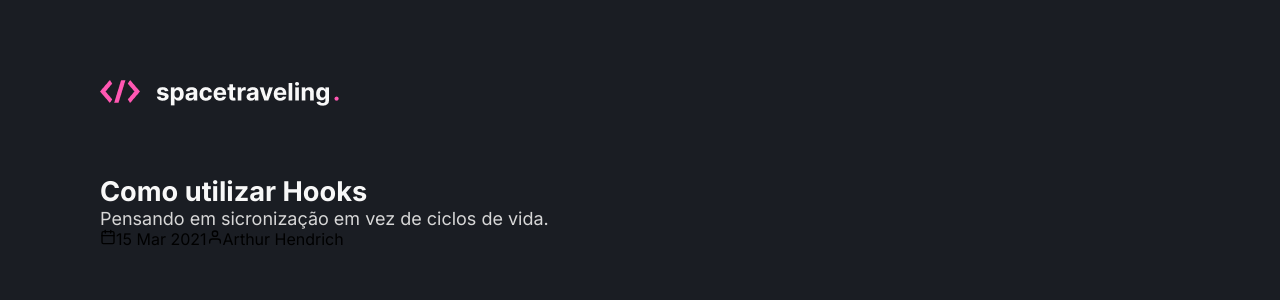
Repository: ArthurHendrich/Ignite-NextJS
Page: /
These files come from the project's save history. The page is drawn as it stood at one moment and after the next save; the edit follows.
The browser window is 1280 px wide. The pictures show the whole page.
The project was rebuilt for these pictures with package versions that can differ from the ones it lists, and the page was loaded fresh each time. The framework's server and built-in components were replaced by stand-ins that run in the browser.

Above is the page before, as saved 2022-07-09 15:42:37.

### src/pages/_document.tsx
import Document, { Head, Html, Main, NextScript } from 'next/document';

export default class MyDocument extends Document {
  render() {
    return (
      <Html>
        <Head>
          <link rel="preconnect" href="https://fonts.googleapis.com" />
          <link href="https://fonts.googleapis.com/css2?family=Inter:wght@400;600;700&display=swap" rel="stylesheet" />
        </Head>
        <body>
          <Main />
          <NextScript />
        </body>
      </Html>
    );
  }
}

### src/pages/index.tsx
import { GetStaticProps } from 'next';

import { getPrismicClient } from '../services/prismic';

import commonStyles from '../styles/common.module.scss';
import styles from './home.module.scss';
import { FiCalendar, FiUser } from 'react-icons/fi';

interface Post {
  uid?: string;
  first_publication_date: string | null;
  data: {
    title: string;
    subtitle: string;
    author: string;
  };
}

interface PostPagination {
  next_page: string;
  results: Post[];
}

interface HomeProps {
  postsPagination: PostPagination;
}

export default function Home() {
  return (
    <main className={commonStyles.Container}>
      <div className={styles.Container}>
        <h1>Como utilizar Hooks</h1>
        <p>Pensando em sicronização em vez de ciclos de vida.</p>
        <div className={styles.ContentInfo}>
          <div className={styles.Date}>
            <FiCalendar />
            <span>15 Mar 2021</span>
          </div>
          <div className={styles.Author}>
            <FiUser />
            <span>Arthur Hendrich</span>
          </div>
        </div>
      </div>
    </main>
  );
}

// export const getStaticProps = async () => {
//   const prismic = getPrismicClient({});
//   const postsResponse = await prismic.getByType(TODO);

//   TODO
// };

### src/components/Header/index.tsx
import styles from './header.module.scss';

export default function Header() {
  return (
    <header className={styles.Container}>
        <img src="images/Logo.png" alt="logo"/>
    </header>
  )
}

### src/styles/globals.scss
* {
  box-sizing: border-box;
  margin: 0;
  padding: 0;
}

:root {
  --Highlight: #FF57B2;
  --Heading: #F8F8F8;
  --Background: #1A1D23;
  --Info: #BBBBBB;
  --Body: #D7D7D7;
}


@media (max-width: 1080px) {
  html {
    font-size: 93.75%;
  }
}

@media (max-width: 720px) {
  html {
    font-size: 87.5%;
  }
}

body{
  background: var(--Background);
}

body, input, textarea, select, button {
  font: 400 1rem 'Inter', sans-serif;
}

button {
  cursor: pointer;
}

a {
  color: inherit;
  text-decoration: none;
}

### src/styles/common.module.scss
.Container {
  max-width: 1080px;
  margin: 0 auto;
}

### src/pages/home.module.scss
.Container {
  margin-top: 4.0625rem;

  h1 {
    font-size: 1.7rem;
    color: var(--Heading);
  }

  p {
    font-size: 1.125rem;
    color: var(--Body);
  }

  .ContentInfo {
    display: flex;
    align-items: center;
    color: var(--info);
  }
}

### src/components/Header/header.module.scss
.Container {
  max-width: 1080px;
  margin: 0 auto;
  margin-top: 5rem;
}

Loaded but not shown: src/pages/_app.tsx (common file)

After the next save:
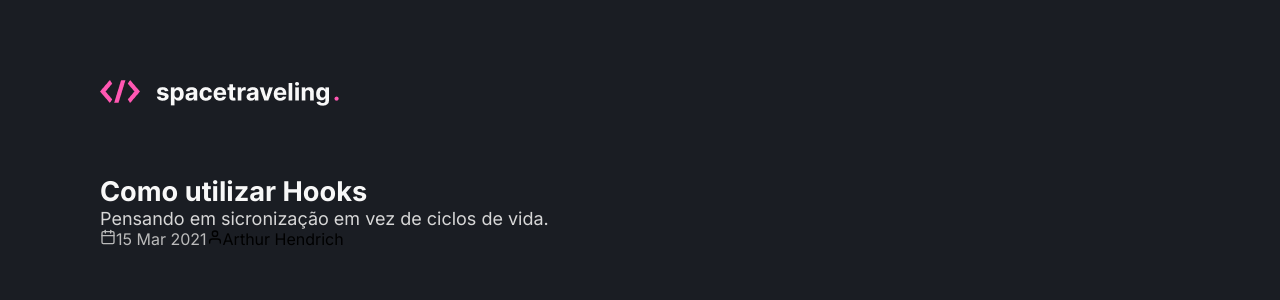
Saved 18 s later.
--- a/src/pages/home.module.scss
+++ b/src/pages/home.module.scss
@@ -14,6 +14,9 @@
   .ContentInfo {
     display: flex;
     align-items: center;
-    color: var(--info);
+
+    .Date {
+      color: var(--Info);
+    }
   }
 }
